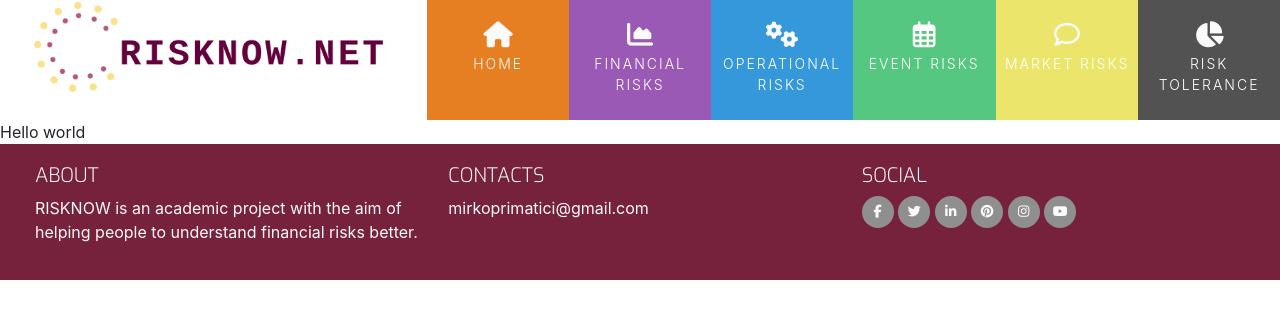
Repository: mirkoprimaticix/risknow.net
Page: index.html
The author's editor kept a record of every edit. The page is drawn from the files as they stood at one moment, then again after the next edit.
The browser window is 1280 px wide. The pictures show the whole page.
Some web libraries are served in a nearby version.

Above is the page before.
Console error: TypeError: Cannot read properties of undefined (reading 'fn')

After the next edit:
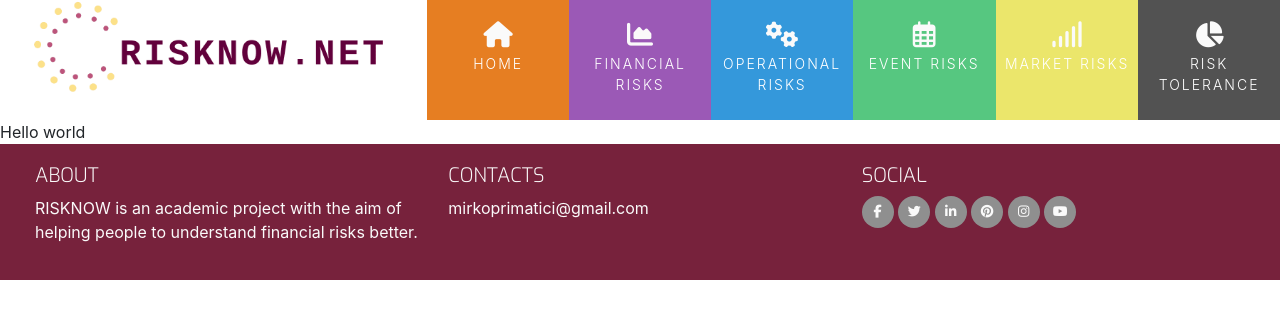
The edit:
--- a/index.html
+++ b/index.html
@@ -35,7 +35,7 @@
                                 <a href="assets/cv/cv-mirko.pdf" target="_blank" class="hvr-sweep-to-bottom"><i class="far fa-calendar-alt" aria-hidden="true"></i><span>Event Risks</span></a>
                             </li>
                             <li class="col-6 col-sm-2 list-inline-item ui-menu-color-mr menuitem">
-                                <a href="contact.html" class="hvr-sweep-to-bottom"><i class="fa fa-comment-o" aria-hidden="true"></i><span>Market Risks</span></a>
+                                <a href="contact.html" class="hvr-sweep-to-bottom"><i class="fas fa-signal" aria-hidden="true"></i><span>Market Risks</span></a>
                             </li>
                             <li class="col-6 col-sm-2 list-inline-item ui-menu-color-rt menuitem">
                                 <a href="contact.html" class="hvr-sweep-to-bottom"><i class="fas fa-chart-pie" aria-hidden="true"></i><span>Risk Tolerance</span></a>
